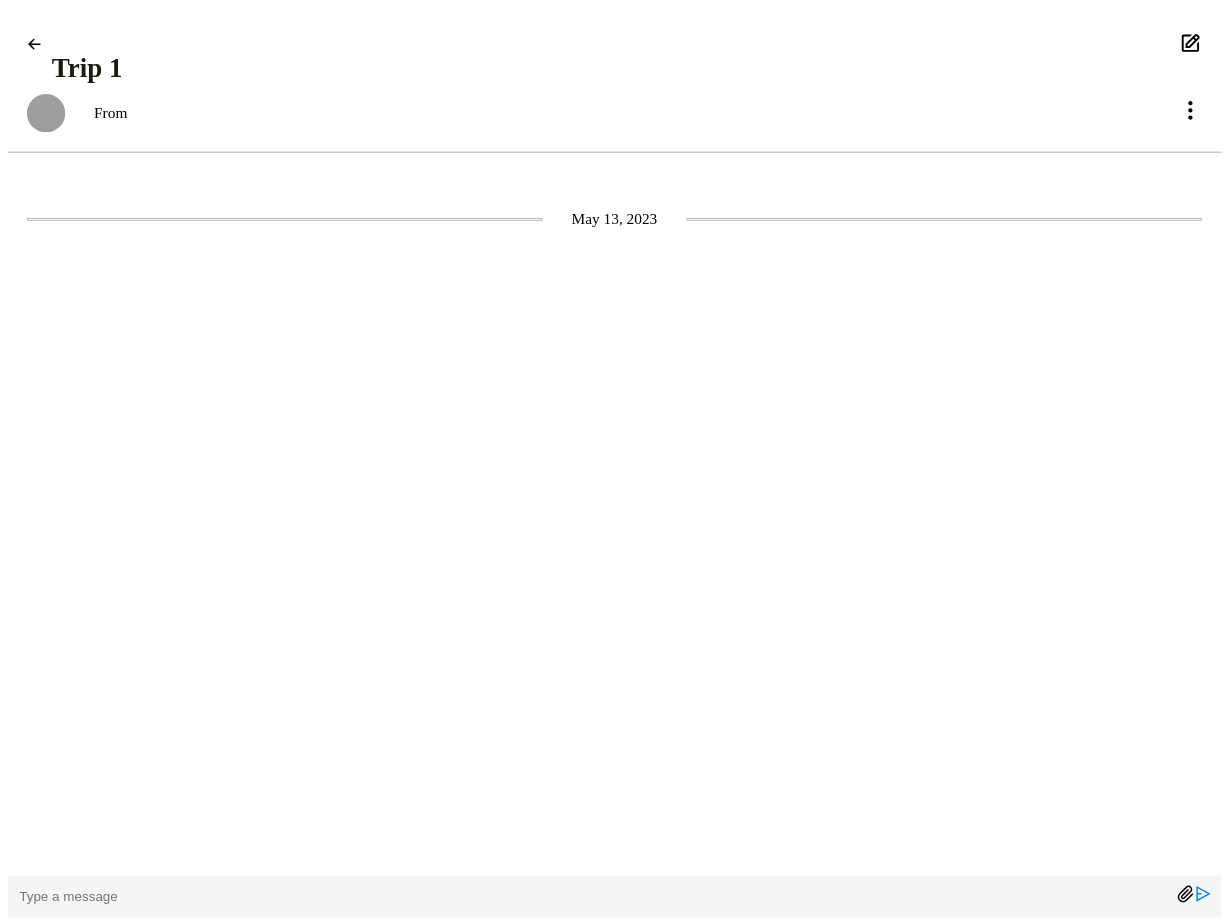
Repository: Abhi2359/PWA_Corider
Page: /
An editor plug-in stored every save of this project. The page is shown before and after a run of saves, followed by the edit.
The browser window is 1280 px wide. The pictures show the whole page, at 96% of full size.
Pictures or frames that could not be fetched are drawn as grey boxes. The page's requests for data from a server got no answer. The project was rebuilt for these pictures with package versions that can differ from the ones it lists, and the page was loaded fresh each time. No one was signed in, and anything a server would have sent is missing. Also part of the build but not shown: vite.config.js, src/Chat.css, src/Chat.jsx.

Above is the page before, as saved 2023-05-13 14:33:32.

After the next 2 saves:
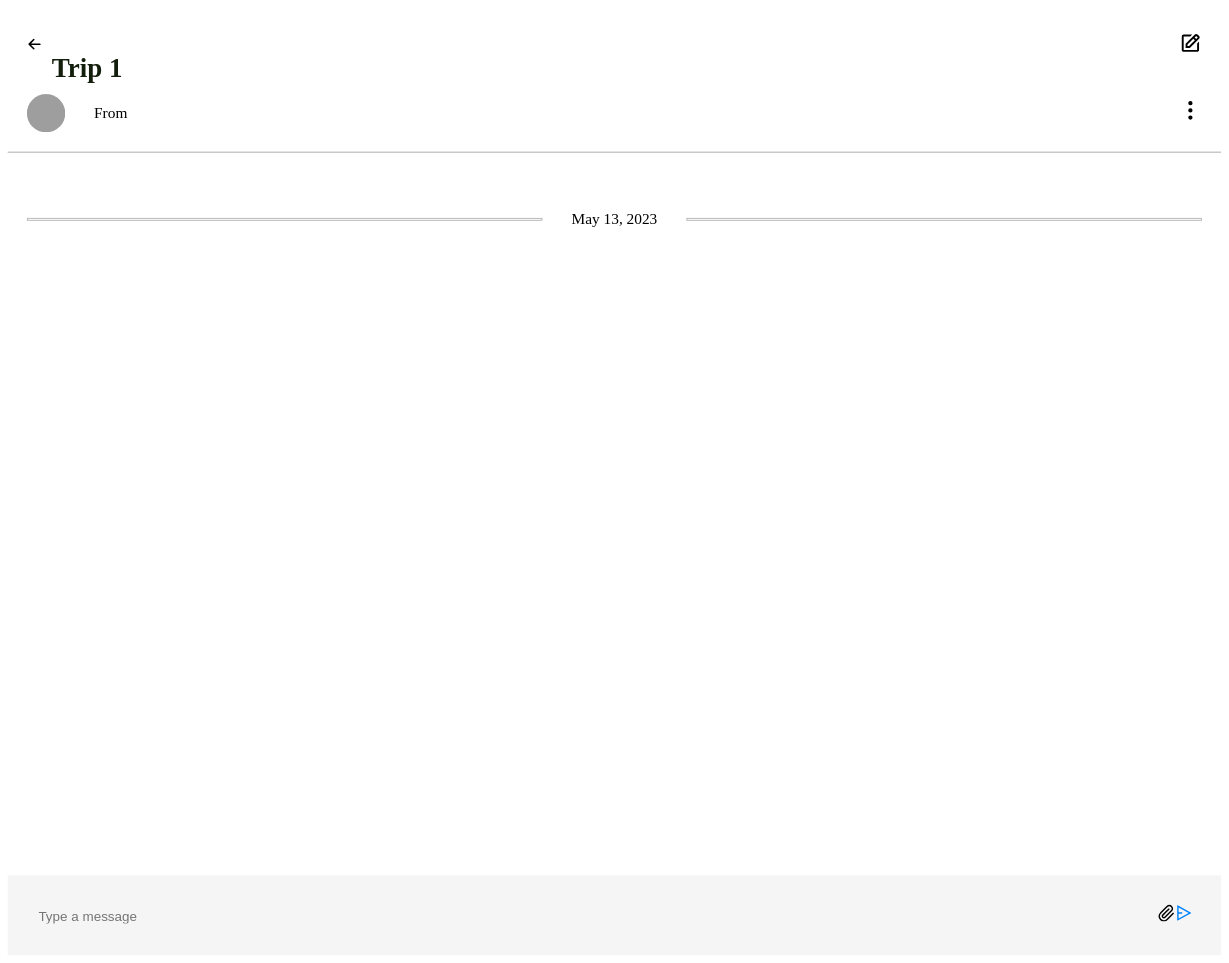
The 2 saves are shown as one change because they came seconds apart.
The last was saved 2 min 36 s later.
--- a/src/App.css
+++ b/src/App.css
@@ -118,9 +118,9 @@ color: #141E0D;
 
   .footer{
 
-    .footer {
+
       background-color: #f5f5f5;
       padding: 20px;
       text-align: center;
-    }
+
   }
